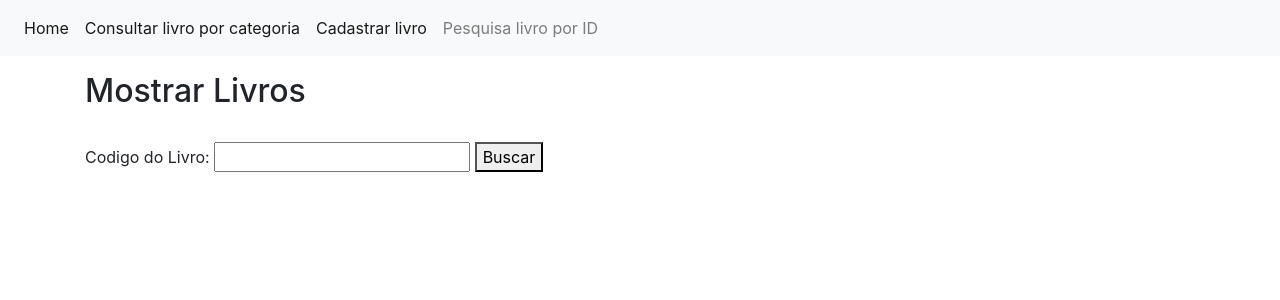
Repository: SrtaVerdant/projeto-livraria
Page: http://localhost/ProjetoLivraria/pesquisaLivroPorId.jsp
An editor plug-in stored every save of this project. The page is shown before and after the next save, followed by the edit.
The browser window is 1280 px wide. The pictures show the whole page.
Some web libraries are served in a nearby version. The page is served by Tomcat 9.

Above is the page before, as saved 2022-10-30 15:02:18.

After the next save:
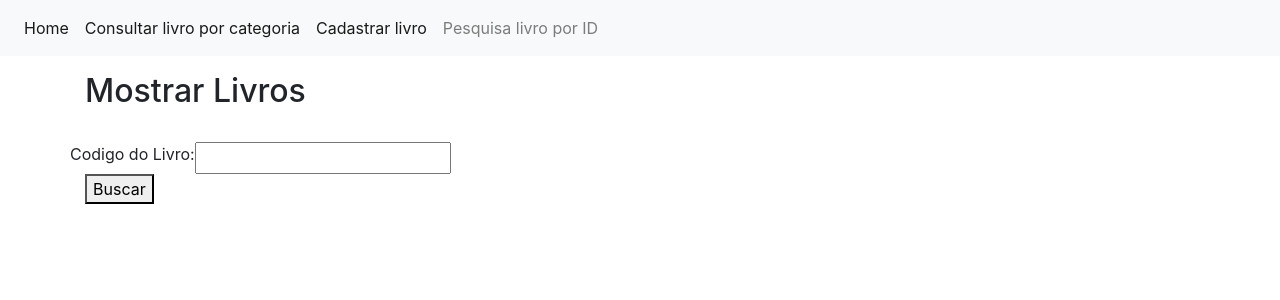
Saved 6 s later.
--- a/ProjetoLivraria/src/main/webapp/pesquisaLivroPorId.jsp
+++ b/ProjetoLivraria/src/main/webapp/pesquisaLivroPorId.jsp
@@ -35,11 +35,11 @@
 		<h2> Mostrar Livros</h2><br>
 
 		<div class="row">
-
+			<label> Codigo do Livro:</label>
+		<input type="text" name="codLivro">
 		</div>
 
-		<label> Codigo do Livro:</label>
-		<input type="text" name="codLivro">
+
 		<a href="livroPorId.jsp"><button type="submit">Buscar</button></a>
 	</div>
 
